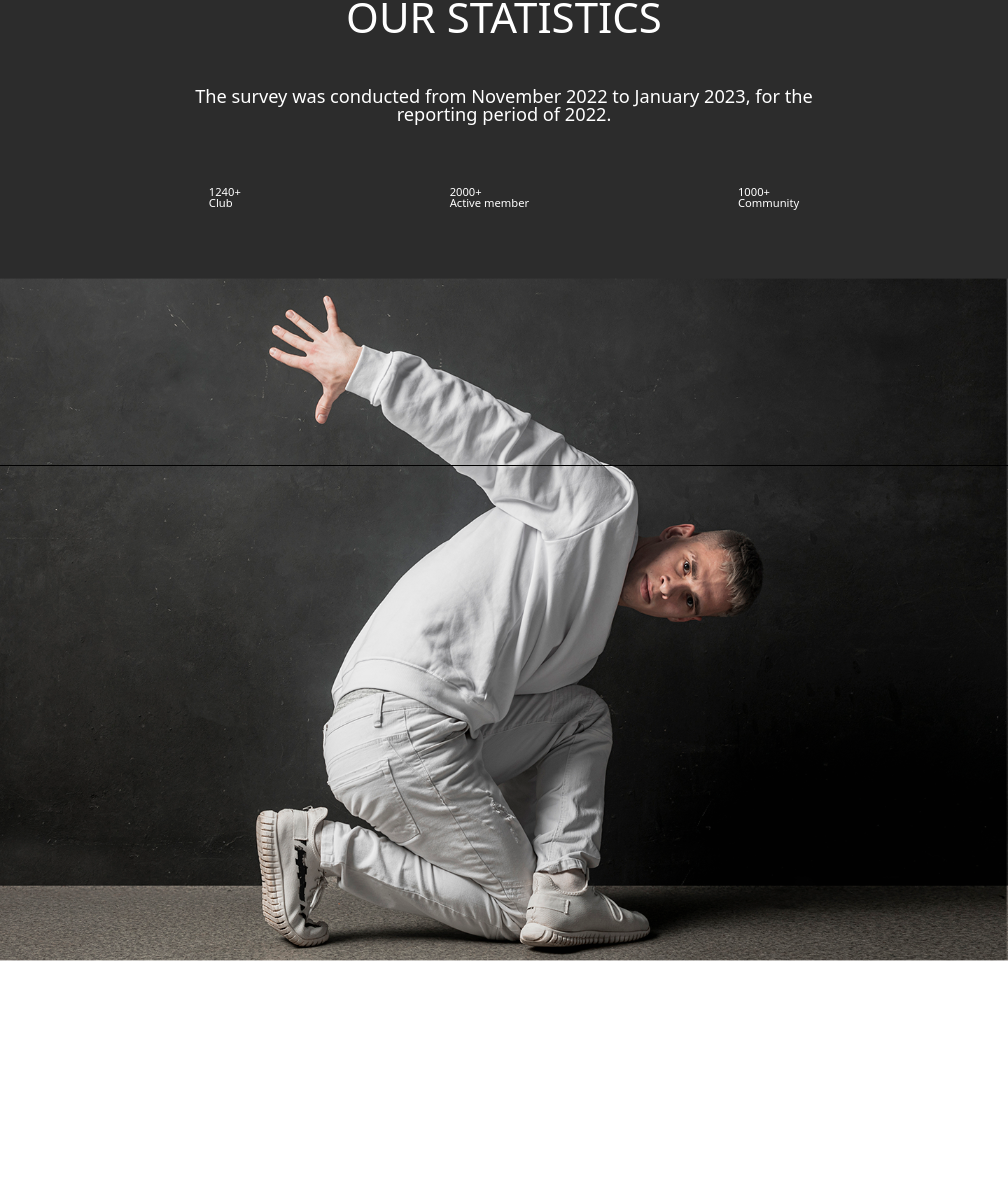
Repository: KinD2704/Web-University
Page: Bai30/index.html
These files come from the project's save history. The page is drawn as it stood at one moment and after the next save; the edit follows.
The browser window is 1280 px wide. The page is 1440 px wide, so the pictures cover 1440 px, including what lies to the right of the window. The pictures show the part of the page from y = 4780 to 6500 px (the page is 6656 px tall before and 7126 px after), at 70% of full size.

Above is the page before, as saved 2023-12-23 22:30:21.

After the next save:
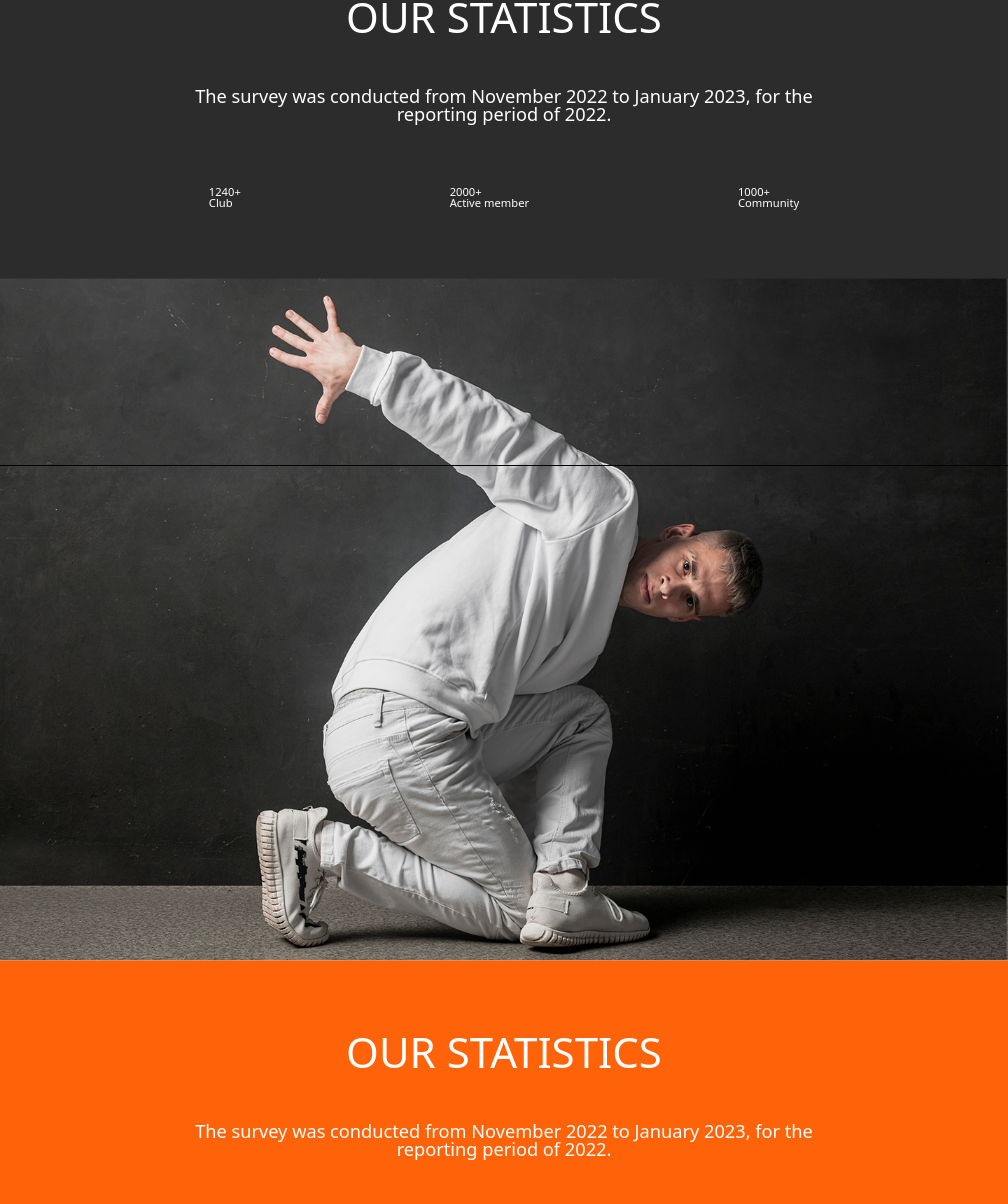
Saved 40 s later.
--- a/Bai30/index.html
+++ b/Bai30/index.html
@@ -172,18 +172,6 @@
                         </p>
                     </div>
                     <div class="banner6__item d-flex justify-space-evenly">
-                        <div class="banner6__item1">
-                            <p class="text-white">1240+</p>
-                            <p class="text-white">Club</p>
-                        </div>
-                        <div class="banner6__item1">
-                            <p class="text-white">2000+</p>
-                            <p class="text-white">Active member</p>
-                        </div>
-                        <div class="banner6__item1">
-                            <p class="text-white">1000+</p>
-                            <p class="text-white">Community</p>
-                        </div>
                     </div>
                 </div>
             </div>
--- a/Bai30/css/styles.css
+++ b/Bai30/css/styles.css
@@ -211,3 +211,8 @@ header ul li:hover a {
     background-image: url("../img/banner7-1.png");
     height: 974px;
 }
+/* Banner 8 */
+.banner8 {
+    background-image: url("../img/banner8.png");
+    height: 974px;
+}
